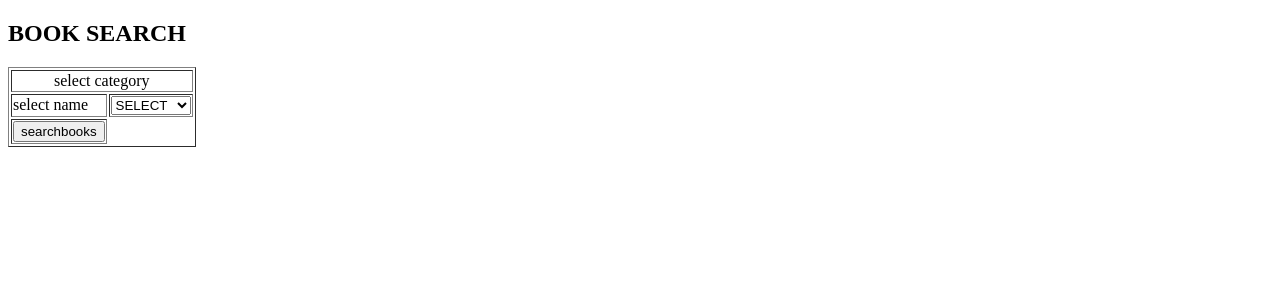
Repository: loky91/MYLABSONLY
Page: http://localhost/Lab9_SHOPPING_CART/
These files come from the project's save history. The page is drawn as it stood at one moment and after the next save; the edit follows.
The browser window is 1280 px wide. The pictures show the whole page.
The page is served by Tomcat 9.

Above is the page before, as saved 2017-07-02 01:41:38.

After the next save:
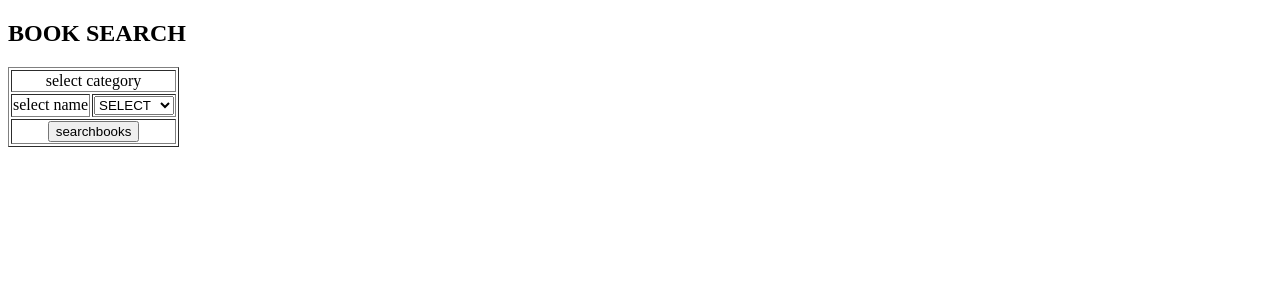
Saved 32 s later.
--- a/J2EE-SERVLET/Lab9_SHOPPING_CART/WebContent/index.jsp
+++ b/J2EE-SERVLET/Lab9_SHOPPING_CART/WebContent/index.jsp
@@ -24,7 +24,7 @@
 
 </select> </td></tr>
 
-<tr><td> <input type="submit" value="searchbooks"/> </td></tr>
+<tr><td colspan="2" align="center"> <input type="submit" value="searchbooks"/> </td></tr>
 
 </table>
 
